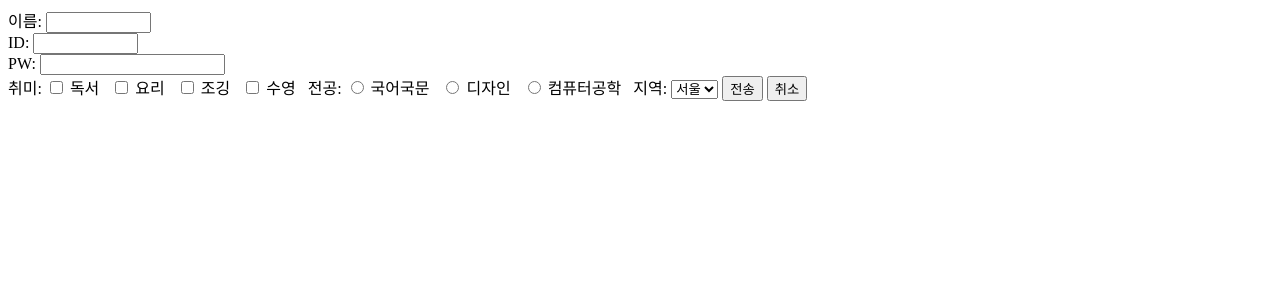
Repository: xxihyun0830/JSP
Page: http://localhost/02_GetPost/ex_join.jsp
An editor plug-in stored every save of this project. The page is shown before and after the next save, followed by the edit.
The browser window is 1280 px wide. The pictures show the whole page.
The page is served by Tomcat 9.

Above is the page before, as saved 2019-07-14 15:51:08.

After the next save:
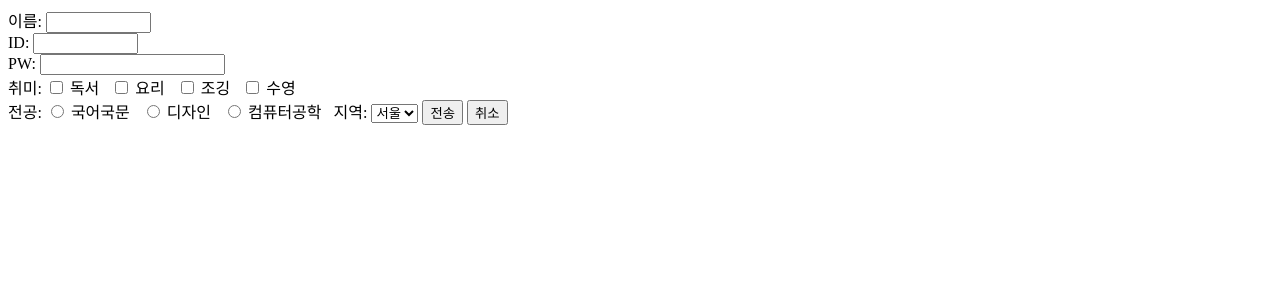
Saved 65 s later.
--- a/02_GetPost/WebContent/ex_join.jsp
+++ b/02_GetPost/WebContent/ex_join.jsp
@@ -15,7 +15,8 @@ PW: <input type = "password" name = "Pw" size = "20"> <br>
 취미: <input type = "checkbox" name = "Hobby" value = "reading"> 독서 &nbsp;
      <input type = "checkbox" name = "Hobby" value = "cooking"> 요리 &nbsp;
      <input type = "checkbox" name = "Hobby" value = "조깅하기"> 조깅 &nbsp;
-     <input type = "checkbox" name = "Hobby" value = "수영하기"> 수영 &nbsp;
+     <input type = "checkbox" name = "Hobby" value = "수영하기"> 수영 &nbsp; <br>
+
 전공: <input type = "radio" name = "Major"  value = "국어국문학과"> 국어국문 &nbsp;
      <input type = "radio" name = "Major" value = "디자인학과"> 디자인 &nbsp;
      <input type = "radio" name = "Major" value = "컴퓨터공학과"> 컴퓨터공학 &nbsp;
